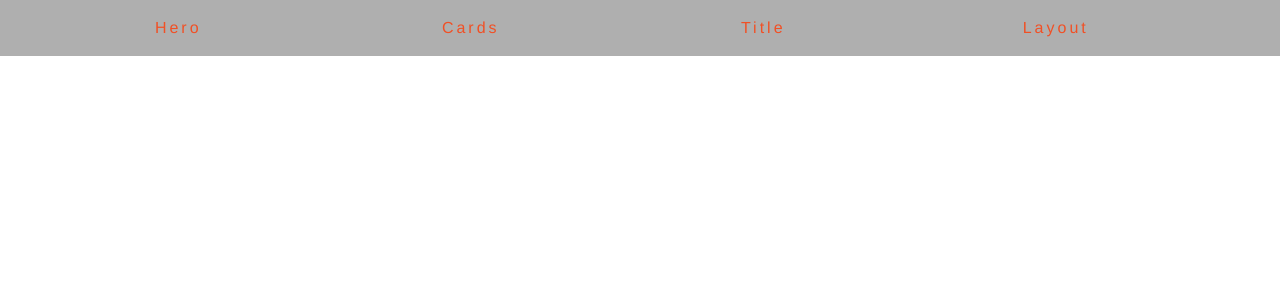
Repository: Ndifoinhilary/css_grid
Page: css-grid-learn/index.html
The author's editor kept a copy of each file at every save. The page is drawn from the files as they stood at one save, then again after the next save.
The browser window is 1280 px wide. The pictures show the whole page.

Above is the page before, as saved 2024-01-28 10:30:08.

After the next save:
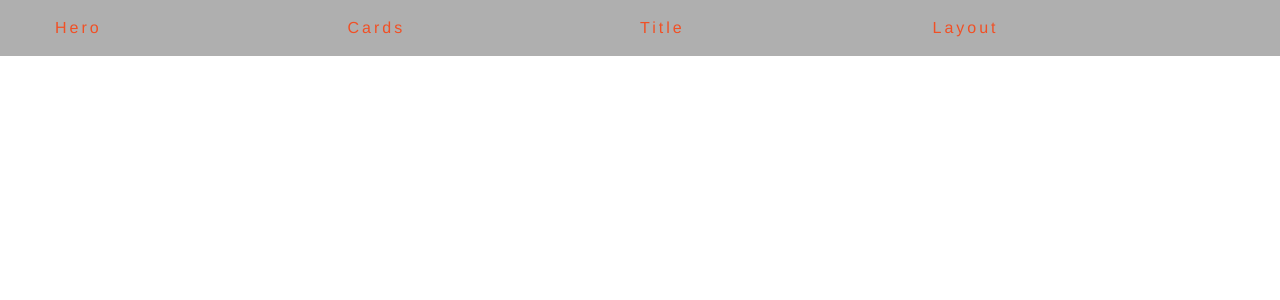
Saved 45 s later.
--- a/css-grid-learn/main.css
+++ b/css-grid-learn/main.css
@@ -122,7 +122,7 @@ navbar css here
 @media screen and (min-width:992px) {
     .nav-links{
         max-width: 1170px;
-        text-align: center;
+        margin: 0 auto;
         display: grid;
         grid-template-columns: 1fr 1fr 1fr 1fr;
     }
